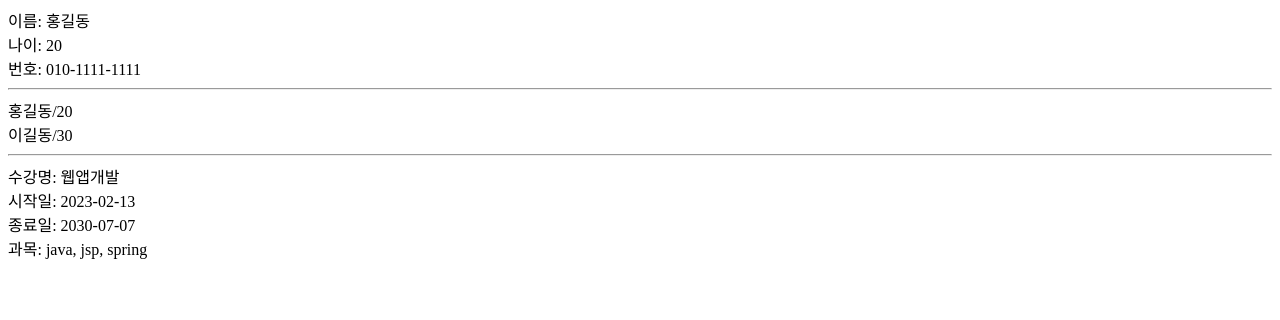
Repository: Heo-sh/Web_Development
Page: http://localhost/Ex_0420_Ajax/ex01_json.jsp
The author's editor kept a copy of each file at every save. The page is drawn from the files as they stood at one save, then again after the next save.
The browser window is 1280 px wide. The pictures show the whole page.
The page is served by Tomcat 9.

Above is the page before, as saved 2023-04-20 07:24:17.

After the next save:
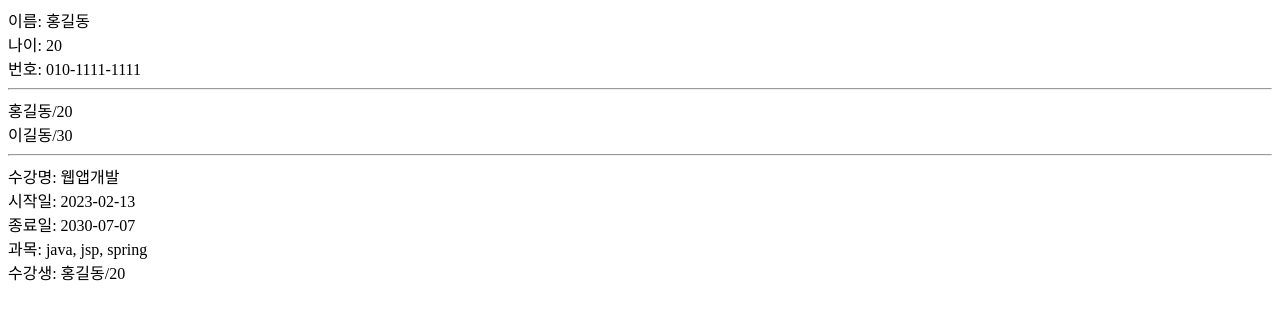
Saved 62 s later.
--- a/Ex_0420_Ajax/WebContent/ex01_json.jsp
+++ b/Ex_0420_Ajax/WebContent/ex01_json.jsp
@@ -55,6 +55,7 @@ JSON(JavaScript Object Notation) 표기법
 			document.write("시작일: " + course.start + "<br>");
 			document.write("종료일: " + course.end + "<br>");
 			document.write("과목: " + course.sub[0] + ", " + course.sub[1] + ", " + course.sub[2] + "<br>");
+			document.write("수강생: " + course.student[0].name + "/" + course.student[0].age);
 		</script>
 	</head>
 	<body>
